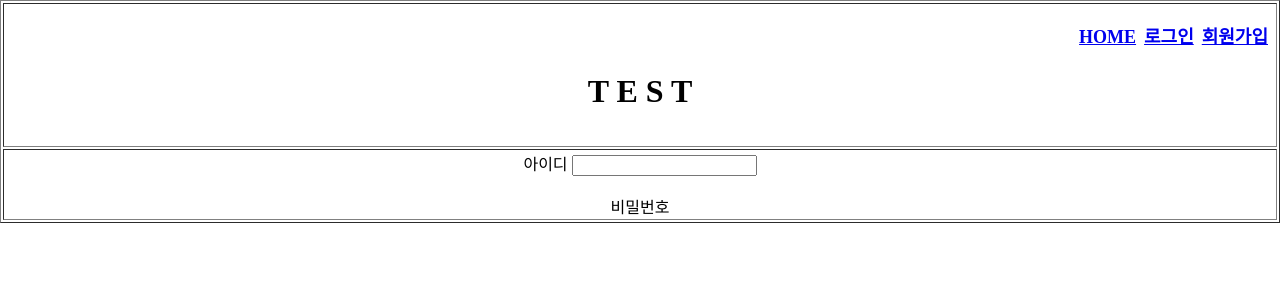
Repository: CHANGMAN-LEE/Java_ee
Page: http://localhost/test/test/loginForm.jsp
An editor plug-in stored every save of this project. The page is shown before and after the next save, followed by the edit.
The browser window is 1280 px wide. The pictures show the whole page.
The page is served by Tomcat 9.

Above is the page before, as saved 2020-07-09 06:24:28.

### workspace/test/WebContent/test/loginForm.jsp
<%@ page language="java" contentType="text/html; charset=UTF-8"
    pageEncoding="UTF-8"%>

<!DOCTYPE html>
<html>
<head>
<meta charset="UTF-8">
<title>Insert title here</title>
</head>
<body marginheight="0" marginwidth="0">
<table style="width: 100%; height: 100%" border="1">
	<tr>
		<td height="140" colspan="2" align="center"><jsp:include page="../template/top.jsp"></jsp:include></td>
	</tr>

	<tr>
		<td align="center">
			아이디
			<input type="text" name="id" class="id">
			<div class="idDiv"></div>
			<br>

			비밀번호
		</td>

	</tr>
</table>
</body>
</html>

### workspace/test/WebContent/template/top.jsp
<%@ page language="java" contentType="text/html; charset=UTF-8"
    pageEncoding="UTF-8"%>

<table width="100%">
	<tr>
		<td align="right">
			<a href="../test/index.jsp"><font size="4"><strong>HOME</strong></font></a>&nbsp;
			<a href="../test/loginForm.jsp"><font size="4"><strong>로그인</strong></font></a>&nbsp;
			<a href="../test/writeForm.jsp"><font size="4"><strong>회원가입</strong></font></a>&nbsp;
	</tr>
</table>
<h1>T E S T</h1>

After the next save:
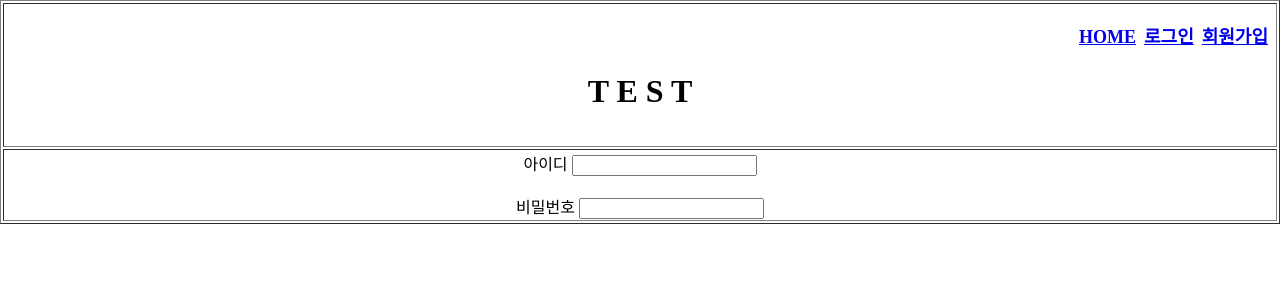
Saved 17 s later.
--- a/workspace/test/WebContent/test/loginForm.jsp
+++ b/workspace/test/WebContent/test/loginForm.jsp
@@ -21,6 +21,8 @@
 			<br>
 
 			비밀번호
+			<input type="password" name="pwd" class="pwd">
+			<div class="pwdDiv"></div>
 		</td>
 
 	</tr>
